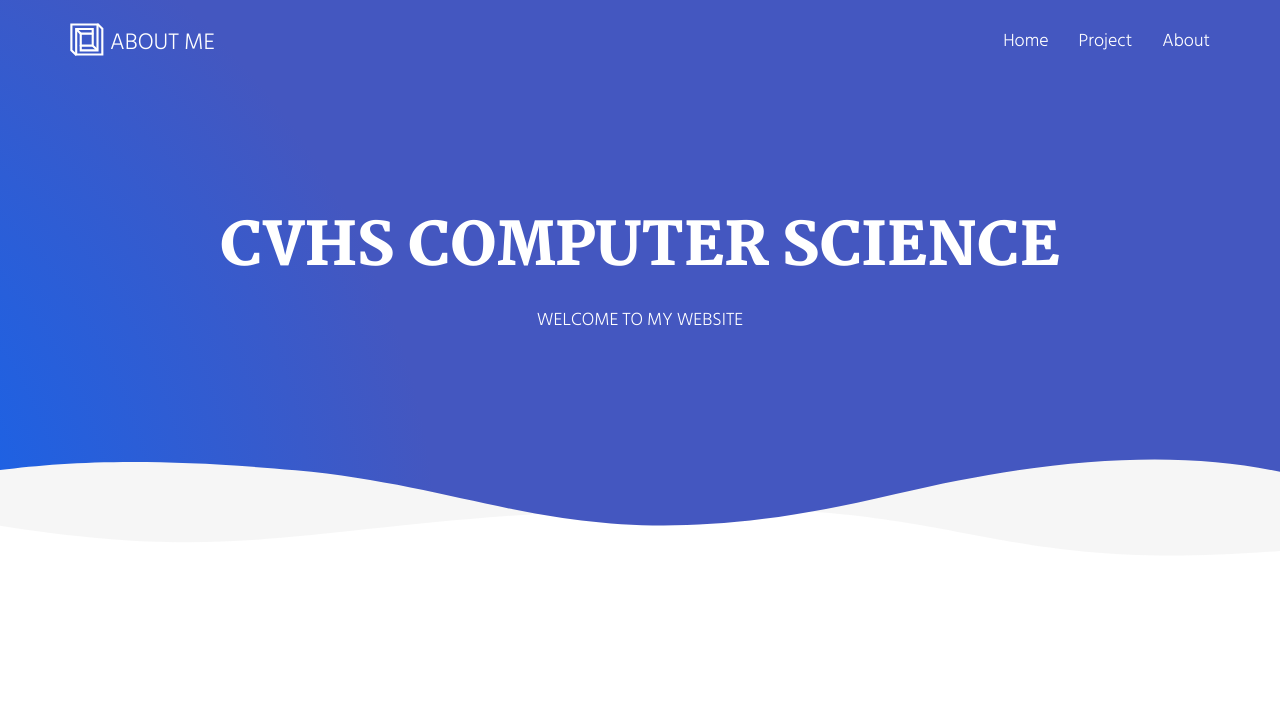
Repository: KevinBach02/KevinBach02.github.io
Page: about.html
The author's editor kept a record of every edit. The page is drawn from the files as they stood at one moment, then again after the next edit.
The browser window is 1280 px wide. The pictures show the whole page.

Above is the page before.

After the next edit:
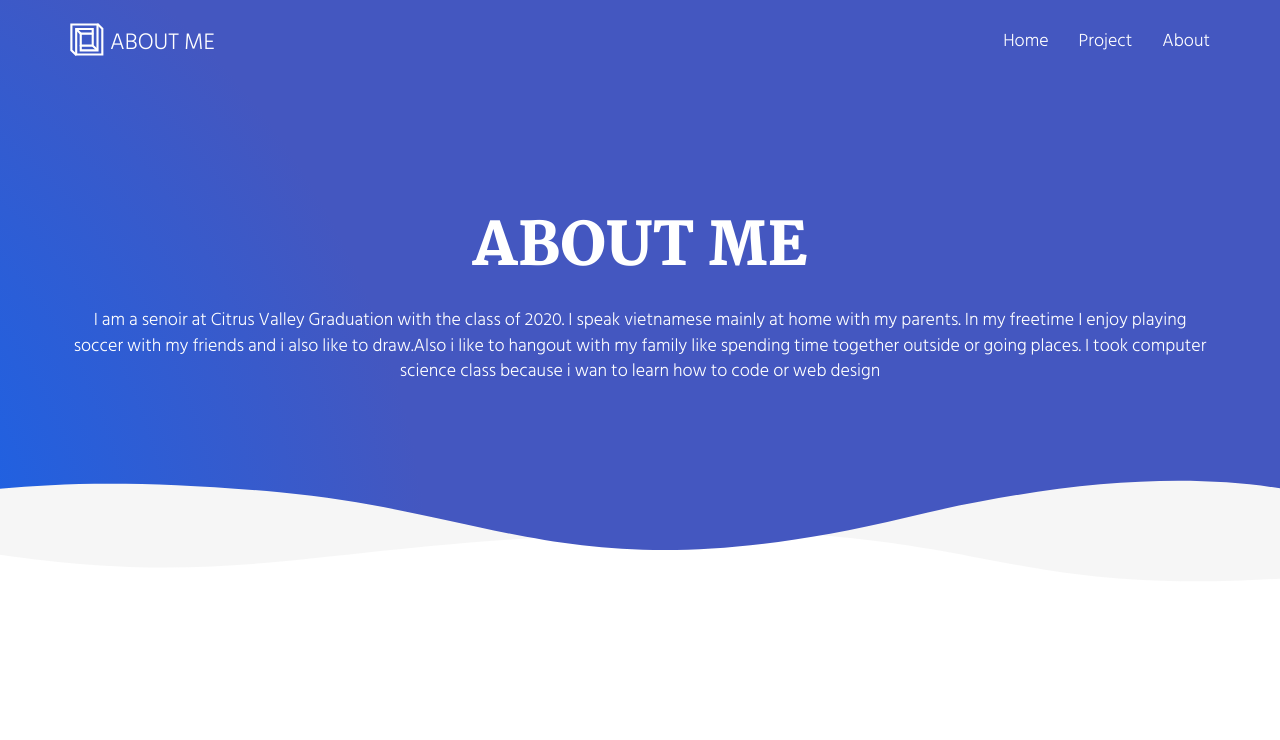
The edit:
--- a/about.html
+++ b/about.html
@@ -55,9 +55,12 @@
     <div class="container">
       <div class="row">
         <div class="col-xs-12">
-          <h1>CVHS COMPUTER SCIENCE</h1>
-          <p>WELCOME TO MY WEBSITE</p>
-          <br>
+          <h1>ABOUT ME</h1>
+          <p>I am a senoir at Citrus Valley Graduation with the class of 2020. I speak
+    vietnamese mainly at home with my parents. In my freetime I enjoy playing
+    soccer with my friends and i also like to draw.Also i like to hangout with
+    my family like spending time together outside or going places. I took computer
+    science class because i wan to learn how to code or web design</p>
         </div>
       </div>
     </div>
